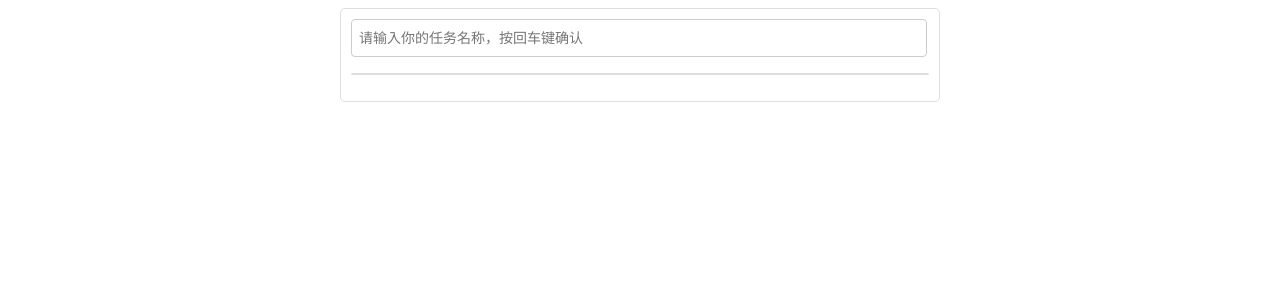
Repository: weiqsctj/TodoList
Page: /
The author's editor kept a copy of each file at every save. The page is drawn from the files as they stood at one save, then again after the next save.
The browser window is 1280 px wide. The pictures show the whole page.
The project was rebuilt for these pictures with package versions that can differ from the ones it lists, and the page was loaded fresh each time. Also part of the build but not shown: vue.config.js.

Above is the page before, as saved 2021-12-27 17:36:10.

### public/index.html
<!DOCTYPE html>
<html lang="">
  <head>
    <meta charset="utf-8">
    <meta http-equiv="X-UA-Compatible" content="IE=edge">
    <meta name="viewport" content="width=device-width,initial-scale=1.0">
    <link rel="icon" href="<%= BASE_URL %>favicon.ico">
    <title><%= htmlWebpackPlugin.options.title %></title>
  </head>
  <body>
    <noscript>
      <strong>We're sorry but <%= htmlWebpackPlugin.options.title %> doesn't work properly without JavaScript enabled. Please enable it to continue.</strong>
    </noscript>
    <div id="app"></div>
    <!-- built files will be auto injected -->
  </body>
</html>

### src/App.vue
<template>

	<div id="root">
		<div class="todo-container">
			<div class="todo-wrap">
				<MyHeader :addTodo="addTodo"/>
				<MyList :todos="todos" :checkTodo="checkTodo" :deleteTodo="deleteTodo"/>
				<MyFooter :todos="todos" :checkAllTodo="checkAllTodo" :clearAllTodo="clearAllTodo"/>
			</div>
		</div>
	</div>

</template>

<script>
	import MyHeader from './components/MyHeader'
	import MyList from './components/MyList'
	import MyFooter from './components/MyFooter.vue'

	export default {
		name:'App',
		components:{MyHeader,MyList,MyFooter},
		data() {
			return {
				//由于todos是MyHeader组件和MyFooter组件都在使用，所以放在App中（状态提升）
				todos:[
					// {id:'001',title:'抽烟',done:true},
					// {id:'002',title:'喝酒',done:false},
					// {id:'003',title:'开车',done:true}
				]
			}
		},
		methods: {
			//添加一个todo
			addTodo(todoObj){
				this.todos.unshift(todoObj)
			},
			//勾选or取消勾选一个todo
			checkTodo(id){
				this.todos.forEach((todo)=>{
					if(todo.id === id) todo.done = !todo.done
				})
			},
			//删除一个todo
			deleteTodo(id){
				this.todos = this.todos.filter( todo => todo.id !== id )
			},
			//全选or取消全选
			checkAllTodo(done){
				this.todos.forEach((todo)=>{
					todo.done = done
				})
			},
			//清除所有已经完成的todo
			clearAllTodo(){
				this.todos = this.todos.filter((todo)=>{
					return !todo.done
				})
			}
		},

	}
</script>

<style>
	/*base*/
	body {
		background: #fff;
	}
	.btn {
		display: inline-block;
		padding: 4px 12px;
		margin-bottom: 0;
		font-size: 14px;
		line-height: 20px;
		text-align: center;
		vertical-align: middle;
		cursor: pointer;
		box-shadow: inset 0 1px 0 rgba(255, 255, 255, 0.2), 0 1px 2px rgba(0, 0, 0, 0.05);
		border-radius: 4px;
	}
	.btn-danger {
		color: #fff;
		background-color: #da4f49;
		border: 1px solid #bd362f;
	}
	.btn-danger:hover {
		color: #fff;
		background-color: #bd362f;
	}
	.btn:focus {
		outline: none;
	}
	.todo-container {
		width: 600px;
		margin: 0 auto;
	}
	.todo-container .todo-wrap {
		padding: 10px;
		border: 1px solid #ddd;
		border-radius: 5px;
	}
</style>

### src/components/MyHeader.vue
<template>
	<div class="todo-header">
		<input type="text" placeholder="请输入你的任务名称，按回车键确认" v-model="title" @keyup.enter="add"/>
	</div>
</template>

<script>
	import {nanoid} from 'nanoid'

	export default {
		name:'MyHeader',
		//接收从App传递过来的addTodo
		props:['addTodo'],

		data() {
			return {
				//收集用户输入的title
				title:''

			}
		},
		methods: {
			add(){
				//校验数据
				if(!this.title.trim()) return alert('输入不能为空')
				//将用户的输入包装成一个todo对象
				const todoObj = {id:nanoid(),title:this.title,done:false}
				//通知App组件去添加一个todo对象
				this.addTodo(todoObj)
				//清空输入
				this.title = ''
			}
		},
	}
</script>

<style scoped>
	/*header*/
	.todo-header input {
		width: 560px;
		height: 28px;
		font-size: 14px;
		border: 1px solid #ccc;
		border-radius: 4px;
		padding: 4px 7px;
	}

	.todo-header input:focus {
		outline: none;
		border-color: rgba(82, 168, 236, 0.8);
		box-shadow: inset 0 1px 1px rgba(0, 0, 0, 0.075), 0 0 8px rgba(82, 168, 236, 0.6);
	}
</style>

### src/components/MyList.vue
<template>
	<ul class="todo-main">
		<MyItem
			v-for="todoObj in todos"
			:key="todoObj.id"
			:todo="todoObj"
			:checkTodo="checkTodo"
			:deleteTodo="deleteTodo"
		/>
	</ul>
</template>

<script>
	import MyItem from './MyItem'

	export default {
		name:'MyList',
		components:{MyItem},
		//声明接收App传递过来的数据，其中todos是自己用的，checkTodo和deleteTodo是给子组件MyItem用的
		props:['todos','checkTodo','deleteTodo']
	}
</script>

<style scoped>
	/*main*/
	.todo-main {
		margin-left: 0px;
		border: 1px solid #ddd;
		border-radius: 2px;
		padding: 0px;
	}

	.todo-empty {
		height: 40px;
		line-height: 40px;
		border: 1px solid #ddd;
		border-radius: 2px;
		padding-left: 5px;
		margin-top: 10px;
	}
</style>

### src/components/MyFooter.vue
<template>
	<div class="todo-footer" v-show="total">
		<label>
			<input type="checkbox" :checked="isAll" @change="checkAll"/>
			<!-- <input type="checkbox" v-model="isAll"/> -->
		</label>
		<span>
			<span>已完成{{doneTotal}}</span> / 全部{{total}}
		</span>
		<button class="btn btn-danger" @click="clearAll">清除已完成任务</button>
	</div>
</template>

<script>
	export default {
		name:'MyFooter',
		props:['todos','checkAllTodo','clearAllTodo'],
		computed: {
			//总数
			total(){
				return this.todos.length
			},
			//已完成数
			doneTotal(){
				//此处使用reduce方法做条件统计
				/* const x = this.todos.reduce((pre,current)=>{
					console.log('@',pre,current)
					return pre + (current.done ? 1 : 0)
				},0) */
				//简写reduce方法
				// return this.todos.reduce((pre,todo)=> pre + (todo.done ? 1 : 0) ,0)
                //filter方法
				return this.todos.filter(n => n.done).length
			},
			//控制全选框
			isAll:{
				//全选框是否勾选
				get(){
					return this.doneTotal === this.total && this.total > 0
				},
				//isAll被修改时set被调用
				set(value){
					this.checkAllTodo(value)
				}
			}
		},
		methods: {
			checkAll(e){
				this.checkAllTodo(e.target.checked)
			},
			//清空所有已完成
			clearAll(){
				this.clearAllTodo()
			}
		},
    }
</script>

<style scoped>
	/*footer*/
	.todo-footer {
		height: 40px;
		line-height: 40px;
		padding-left: 6px;
		margin-top: 5px;
	}

	.todo-footer label {
		display: inline-block;
		margin-right: 20px;
		cursor: pointer;
	}

	.todo-footer label input {
		position: relative;
		top: -1px;
		vertical-align: middle;
		margin-right: 5px;
	}

	.todo-footer button {
		float: right;
		margin-top: 5px;
	}
</style>

### src/components/MyItem.vue
<template>
	<li>
		<label>
			<input type="checkbox" :checked="todo.done" @change="handleCheck(todo.id)"/>
			<!-- 如下代码也能实现功能，但是不太推荐，因为有点违反原则，因为修改了props -->
			<!-- <input type="checkbox" v-model="todo.done"/>-->
			<span>{{todo.title}}</span>
		</label>
		<button class="btn btn-danger" @click="handleDelete(todo.id)">删除</button>
	</li>
</template>

<script>
	export default {
		name:'MyItem',
		// 声明接收todo、checkTodo、deleteTodo
		props:['todo','checkTodo','deleteTodo'],


		methods: {
			//勾选or取消勾选
			handleCheck(id){
				//通知App组件将对应的todo对象的done值取反
				this.checkTodo(id)
			},
			//删除
			handleDelete(id){
				if(confirm('确定删除吗？')){
					//通知App组件将对应的todo对象删除
					this.deleteTodo(id)
				}
			}
		},
	}
</script>

<style scoped>
	/*item*/
	li {
		list-style: none;
		height: 36px;
		line-height: 36px;
		padding: 0 5px;
		border-bottom: 1px solid #ddd;
	}

	li label {
		float: left;
		cursor: pointer;
	}

	li label li input {
		vertical-align: middle;
		margin-right: 6px;
		position: relative;
		top: -1px;
	}

	li button {
		float: right;
		display: none;
		margin-top: 3px;
	}

	li:before {
		content: initial;
	}

	li:last-child {
		border-bottom: none;
	}

	li:hover{
		background-color: #ddd;
	}

	li:hover button{
		display: block;
	}

</style>

Loaded but not shown: src/main.js (common file)

After the next save:
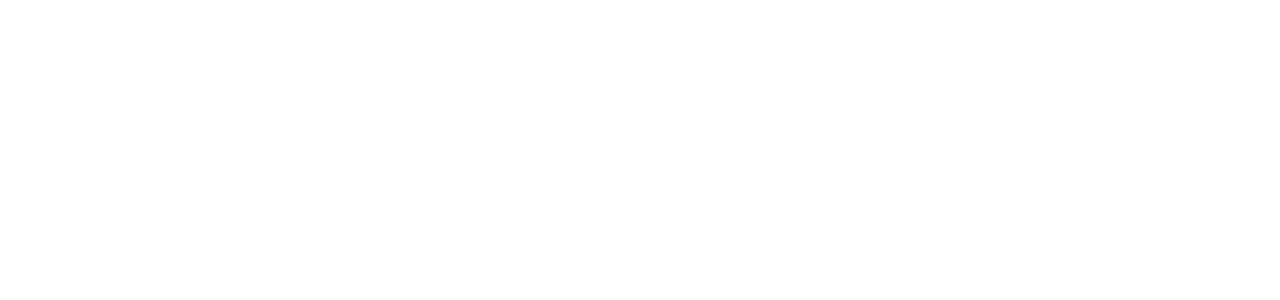
Console error: ReferenceError: watch is not defined
Saved 6 s later.
--- a/src/App.vue
+++ b/src/App.vue
@@ -58,7 +58,7 @@
 				})
 			}
 		},
-
+		watch
 	}
 </script>
 

After the 2 saves that followed:
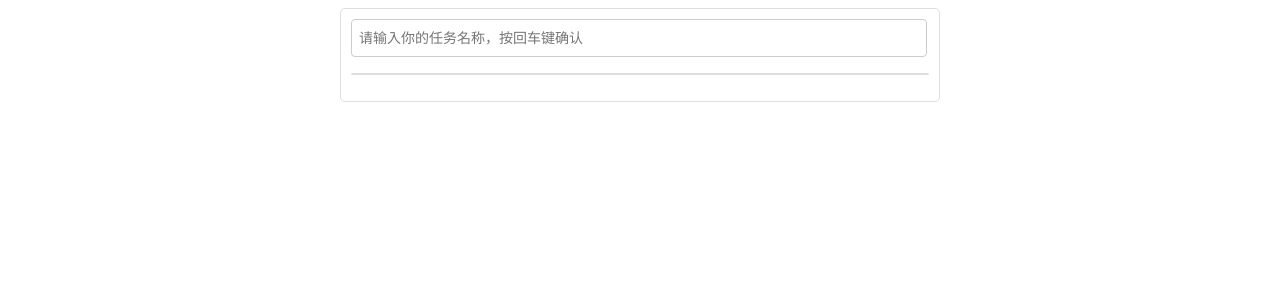
The error is gone.
The 2 saves are shown as one change because they came seconds apart.
The last was saved 8 s later.
--- a/src/App.vue
+++ b/src/App.vue
@@ -58,7 +58,9 @@
 				})
 			}
 		},
-		watch
+		watch:{
+
+		}
 	}
 </script>
 
